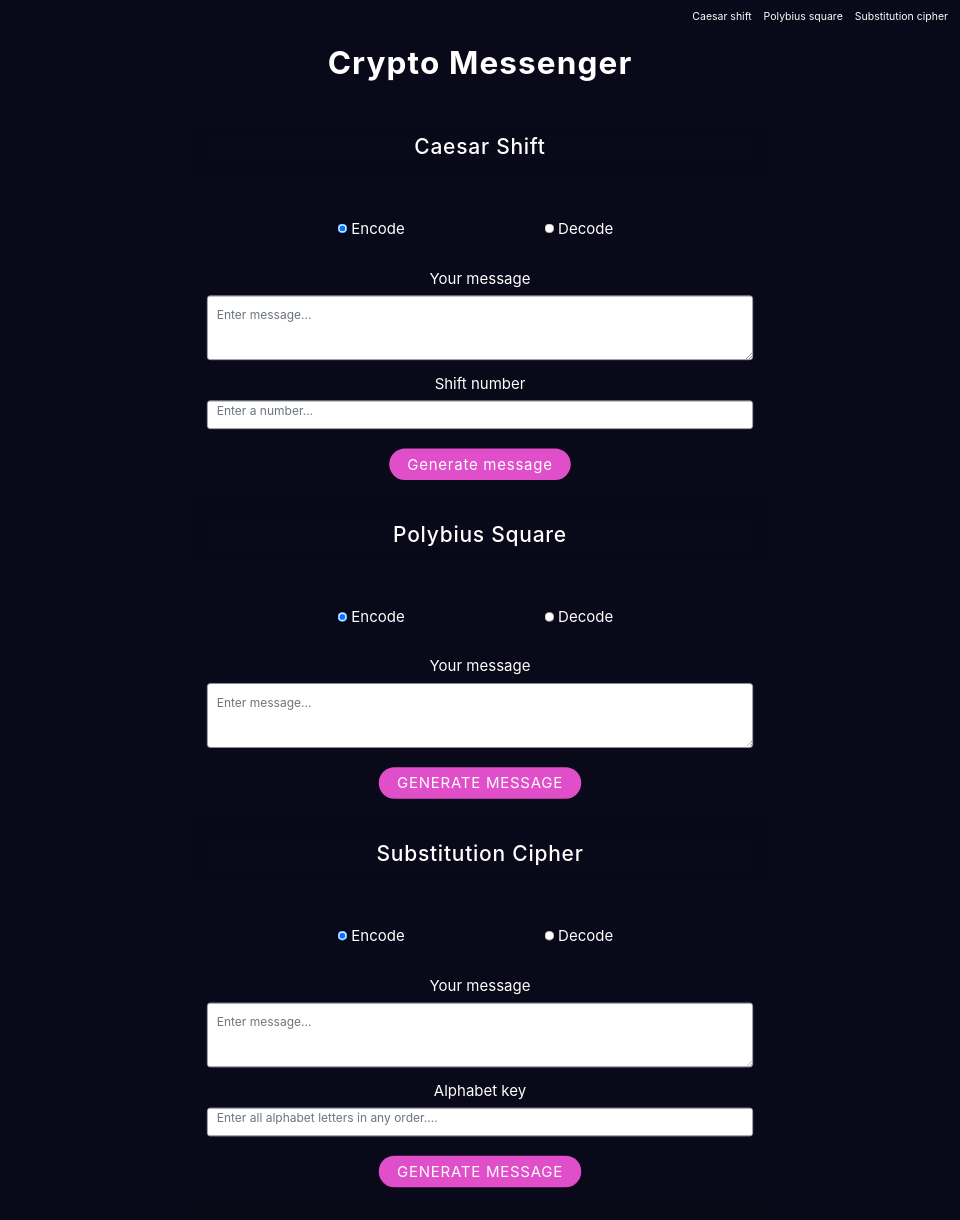
Repository: Rthompson2548/Project-Decoder-Ring
Page: index.html
The author's editor kept a copy of each file at every save. The page is drawn from the files as they stood at one save, then again after the next save.
The browser window is 1280 px wide. The pictures show the whole page, at 75% of full size.

Above is the page before, as saved 2022-04-09 20:29:47.

After the next save:
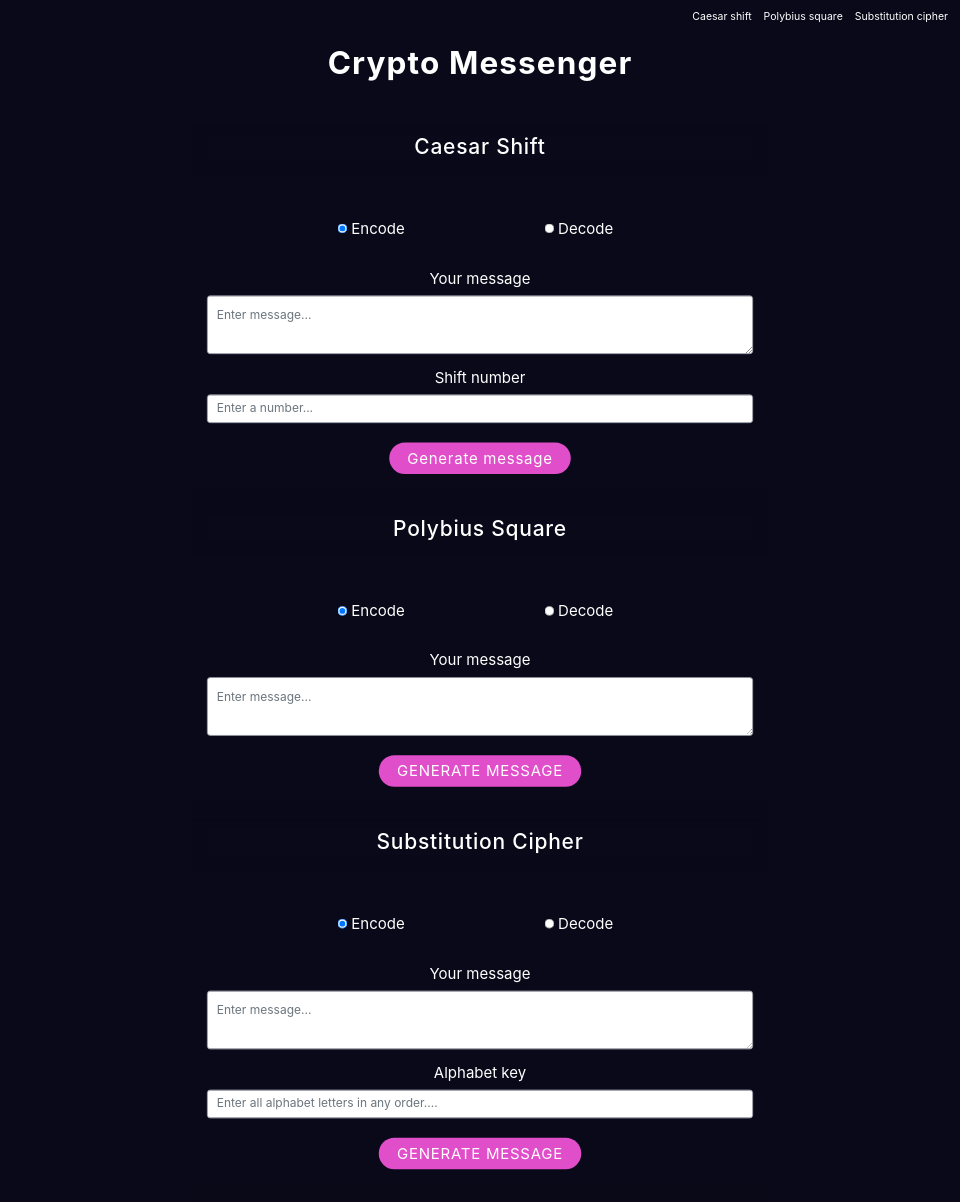
Saved 7 s later.
--- a/index.css
+++ b/index.css
@@ -14,7 +14,7 @@ html, body, #page {
 input, textarea {
   font-size: 16px !important;
   border-radius: 20px;
-  padding: 12px 24px 24px 12px !important;
+  padding: 12px 24px 16px 12px !important;
 }
 
 .page-content {
